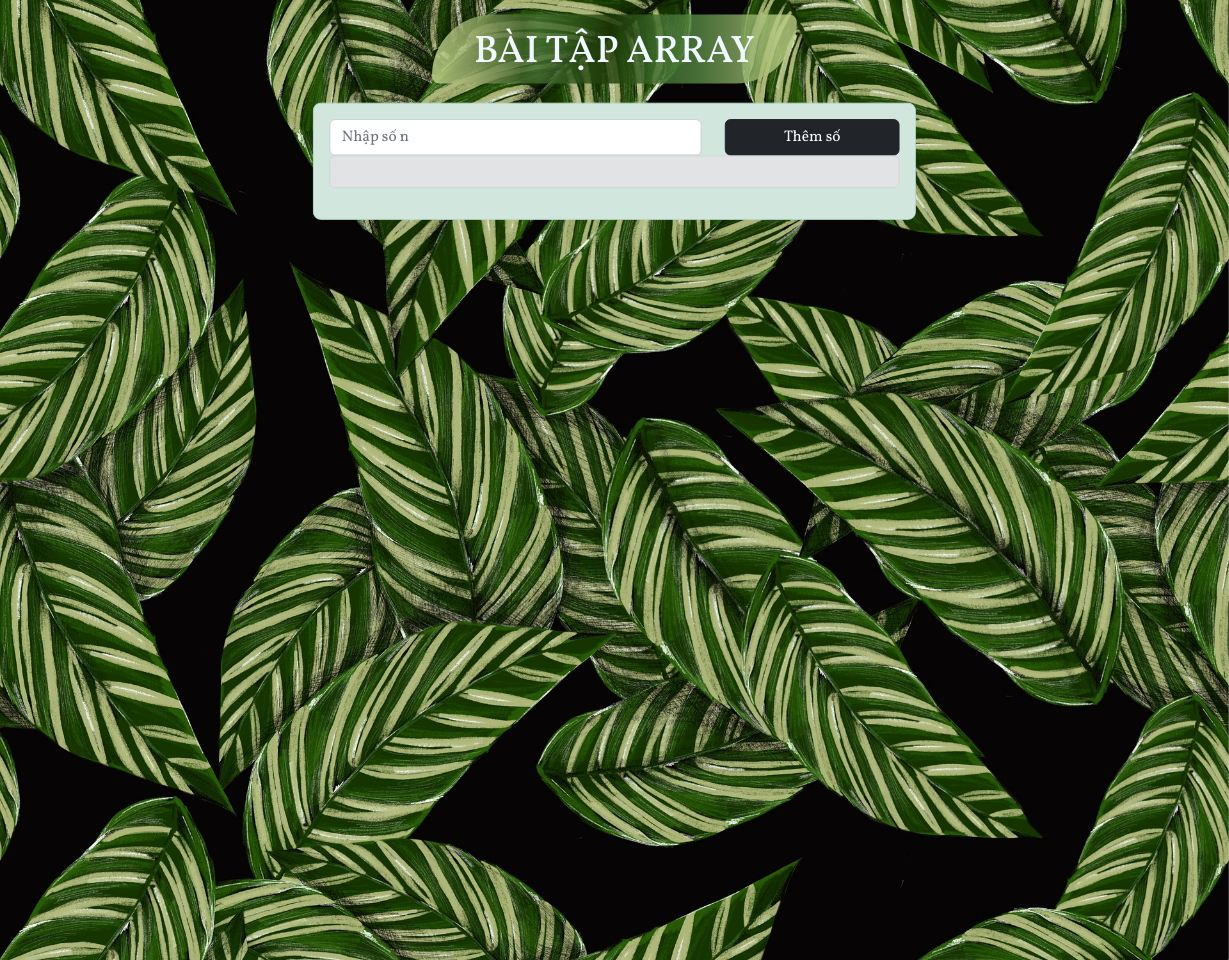
Repository: hcozyph/TranHuuPhuoc_BC43_BT_JS_Buoi7_8_ARRAY
Page: index.html
An editor plug-in stored every save of this project. The page is shown before and after a run of saves, followed by the edit.
The browser window is 1280 px wide. The pictures show the whole page, at 96% of full size.

Above is the page before, as saved 2023-02-20 22:32:16.

### index.html
<!DOCTYPE html>
<html lang="en">
    <head>
        <title>BT Array</title>
        <!-- Required meta tags -->
        <meta charset="utf-8" />
        <meta
            name="viewport"
            content="width=device-width, initial-scale=1, shrink-to-fit=no"
        />
        <!-- font -->
        <link rel="preconnect" href="https://fonts.googleapis.com" />
        <link rel="preconnect" href="https://fonts.gstatic.com" crossorigin />
        <link
            href="https://fonts.googleapis.com/css2?family=Fraunces:ital,opsz,wght@0,9..144,600;0,9..144,700;1,9..144,300;1,9..144,400;1,9..144,500;1,9..144,600;1,9..144,700;1,9..144,800&family=Vollkorn:ital,wght@0,400;0,500;0,600;0,700;0,800;0,900;1,400;1,500;1,600;1,700;1,800;1,900&display=swap"
            rel="stylesheet"
        />
        <!-- Bootstrap CSS v5.2.1 -->
        <link
            href="https://cdn.jsdelivr.net/npm/bootstrap@5.2.1/dist/css/bootstrap.min.css"
            rel="stylesheet"
            integrity="sha384-iYQeCzEYFbKjA/T2uDLTpkwGzCiq6soy8tYaI1GyVh/UjpbCx/TYkiZhlZB6+fzT"
            crossorigin="anonymous"
        />

        <!-- index.css -->
        <link rel="stylesheet" href="./css/index.css" />
    </head>

    <body>
        <div class="container">
            <div class="bt-array-top">
                <div class="bt-array-title pt-2">
                    <h1 class="text-center p-2">BÀI TẬP ARRAY</h1>
                </div>

                <div
                    class="alert alert-success w-50 text-center d-block rounded-3"
                    style="margin: 20px auto"
                >
                    <div class="row row-cols-3">
                        <div class="col-8">
                            <input
                                id="user-input"
                                type="number"
                                class="form-control"
                                placeholder="Nhập số n"
                                style="height: 100%"
                            />
                        </div>
                        <div class="col">
                            <button
                                id="user-btn"
                                class="btn btn-dark"
                                style="height: 100%; width: 100%"
                            >
                                Thêm số
                            </button>
                        </div>
                    </div>

                    <div class="row">
                        <div class="col">
                            <div class="alert alert-secondary"></div>
                        </div>
                    </div>
                </div>
            </div>

            <div class="bt-array-content">
                <div class=""></div>
                <div class="bt1"></div>
            </div>
        </div>

        <!-- Bootstrap JavaScript Libraries -->
        <script
            src="https://cdn.jsdelivr.net/npm/@popperjs/core@2.11.6/dist/umd/popper.min.js"
            integrity="sha384-oBqDVmMz9ATKxIep9tiCxS/Z9fNfEXiDAYTujMAeBAsjFuCZSmKbSSUnQlmh/jp3"
            crossorigin="anonymous"
        ></script>

        <script
            src="https://cdn.jsdelivr.net/npm/bootstrap@5.2.1/dist/js/bootstrap.min.js"
            integrity="sha384-7VPbUDkoPSGFnVtYi0QogXtr74QeVeeIs99Qfg5YCF+TidwNdjvaKZX19NZ/e6oz"
            crossorigin="anonymous"
        ></script>

        <!-- method.js -->
        <link rel="stylesheet" href="./js/method.js" />

        <!-- index.js -->
        <script src="./js/index.js"></script>
    </body>
</html>

### css/index.css
* {
    margin: 0;
    padding: 0;
    box-sizing: border-box;
    font-family: "Fraunces", serif;
    font-family: "Vollkorn", serif;
}

.container {
    margin: 0 auto;
    max-width: 1440px;

    background-image: url(../img/2.jpg);
    background-size: cover;
    background-position: center;
    background-repeat: no-repeat;

    height: 1000px;
    padding-top: 15px;
}

.bt-array-title {
    display: block;
    width: 380px;
    margin: 0 auto;
    border-radius: 80px 10px 80px 10px;

    font-size: 40px;
    font-weight: 700;
    /* background-color: red; */
    color: aliceblue;
    background: rgb(156, 173, 110);
    background: linear-gradient(
        90deg,
        rgba(198, 219, 142, 0.8) 0%,
        rgba(156, 173, 110, 0.8) 10%,
        rgba(60, 94, 39, 0.8) 25%,
        rgba(68, 112, 49, 0.8) 29%,
        rgba(27, 57, 5, 0.8) 49%,
        rgba(66, 114, 50, 0.8) 63%,
        rgba(90, 139, 69, 0.8) 74%,
        rgba(184, 203, 130, 0.8) 95%
    );
}

/* .bt-array-content {
} */

Loaded but not shown: js/index.js (no copy from this time; the picture is the same without it); js/method.js (no stored copy; drawn as an empty file)

After the next 3 saves:
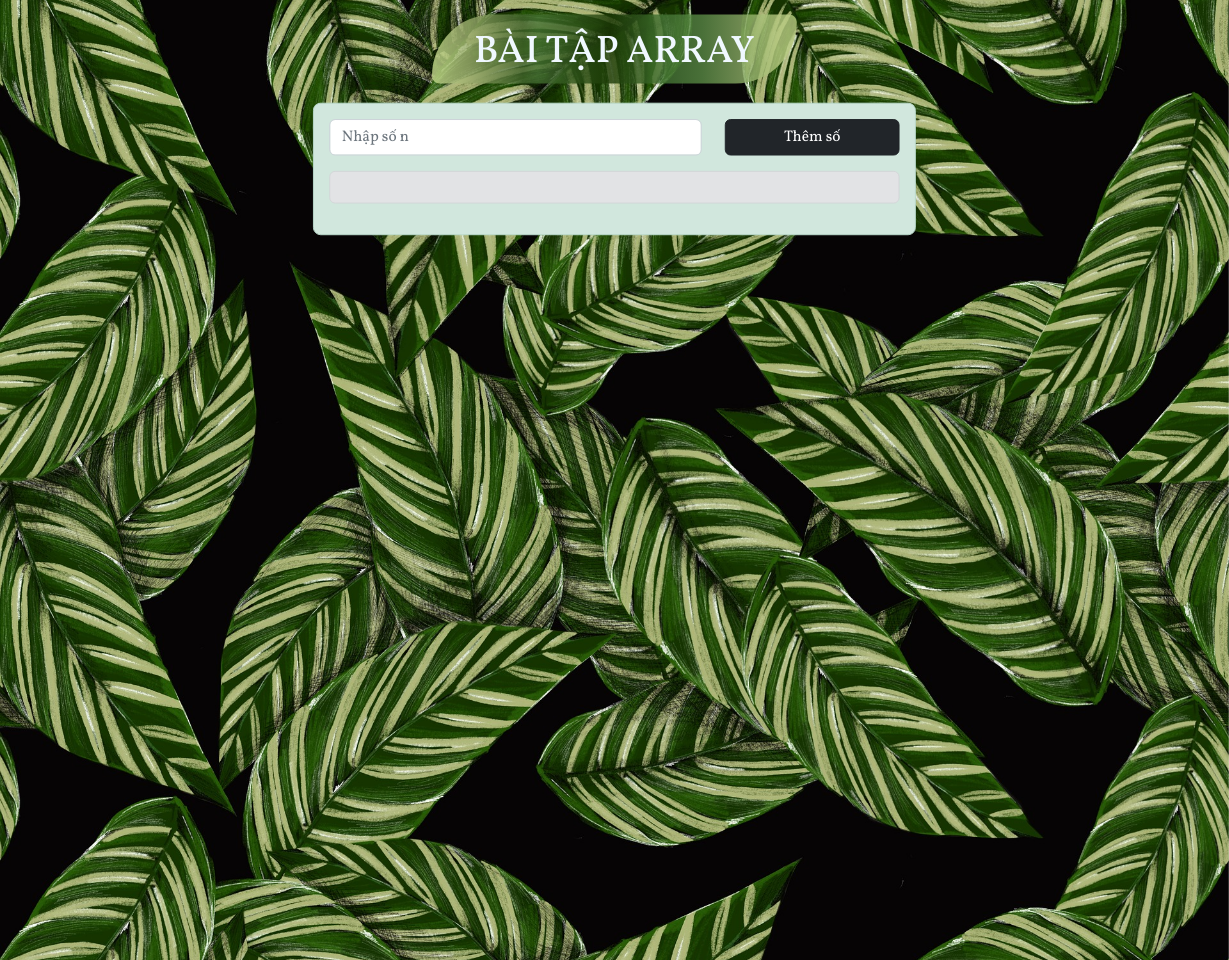
The 3 saves are shown as one change because they came seconds apart.
The last was saved 15 s later.
--- a/index.html
+++ b/index.html
@@ -59,7 +59,7 @@
                         </div>
                     </div>
 
-                    <div class="row">
+                    <div class="row mt-3">
                         <div class="col">
                             <div class="alert alert-secondary"></div>
                         </div>
